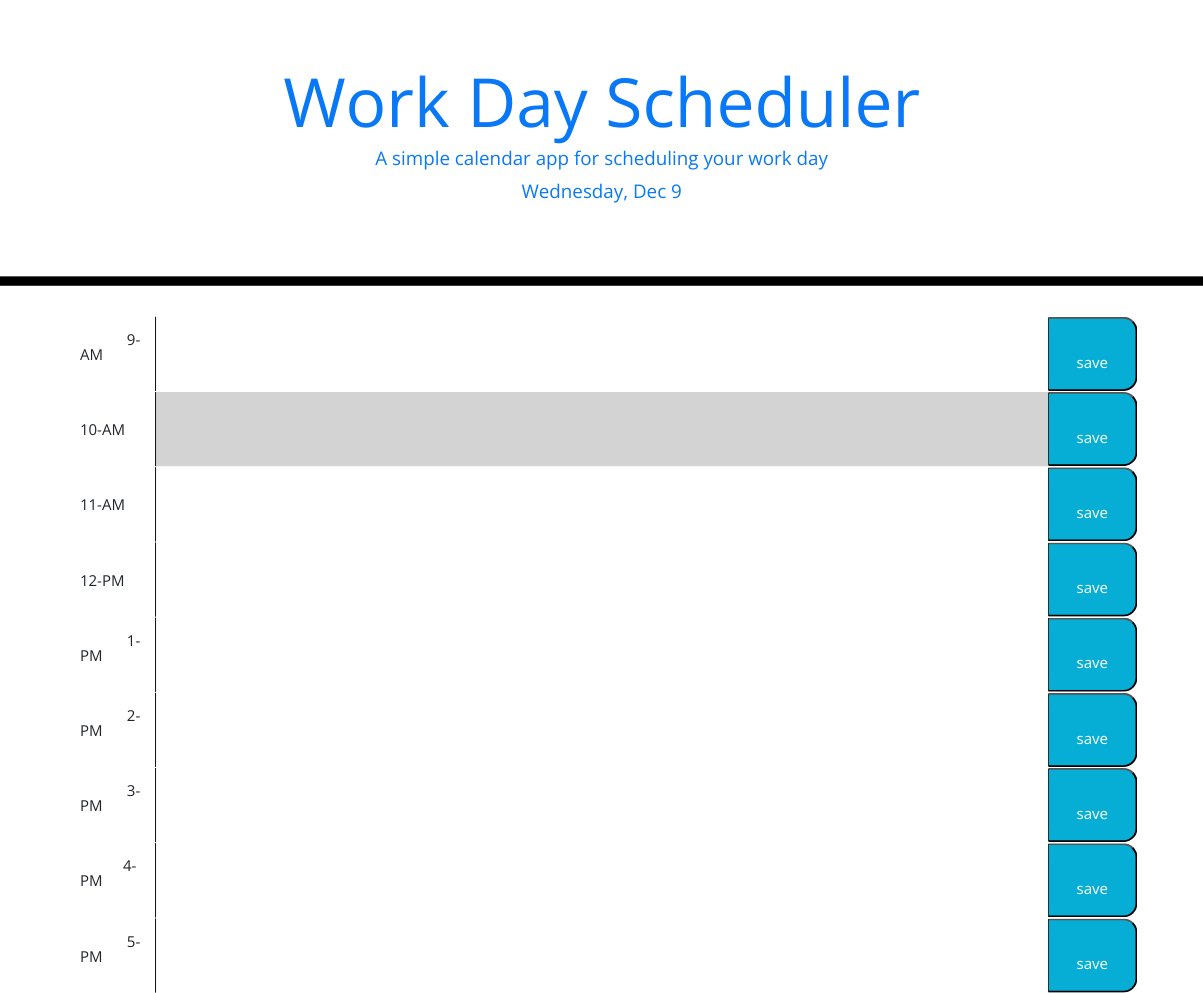
Repository: Mf948/DailyPlannerJS
Page: Develop/index.html
The author's editor kept a copy of each file at every save. The page is drawn from the files as they stood at one save, then again after a run of saves.
The browser window is 1280 px wide. The pictures show the whole page, at 94% of full size.
Some web libraries are served in a nearby version.

Above is the page before, as saved 2020-12-09 17:21:48.

After the next 2 saves:
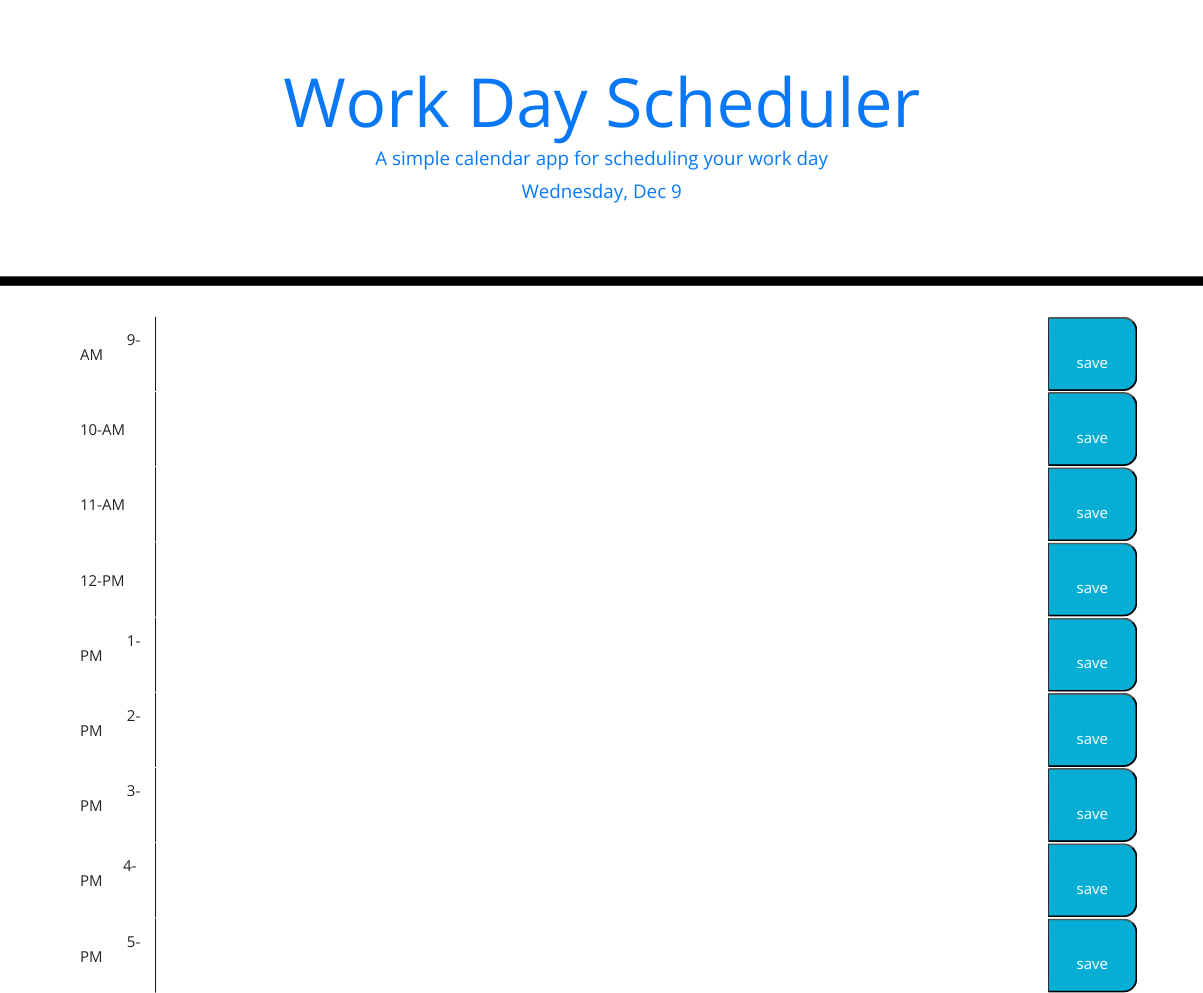
The 2 saves are shown as one change because they came seconds apart.
The last was saved 32 s later.
--- a/Develop/index.html
+++ b/Develop/index.html
@@ -46,7 +46,7 @@
           <div class="col-1">
             10-AM
           </div>
-          <textarea class="col-10 past">
+          <textarea class="col-10">
 
           </textarea>
           <button class="col-1 saveBtn">
